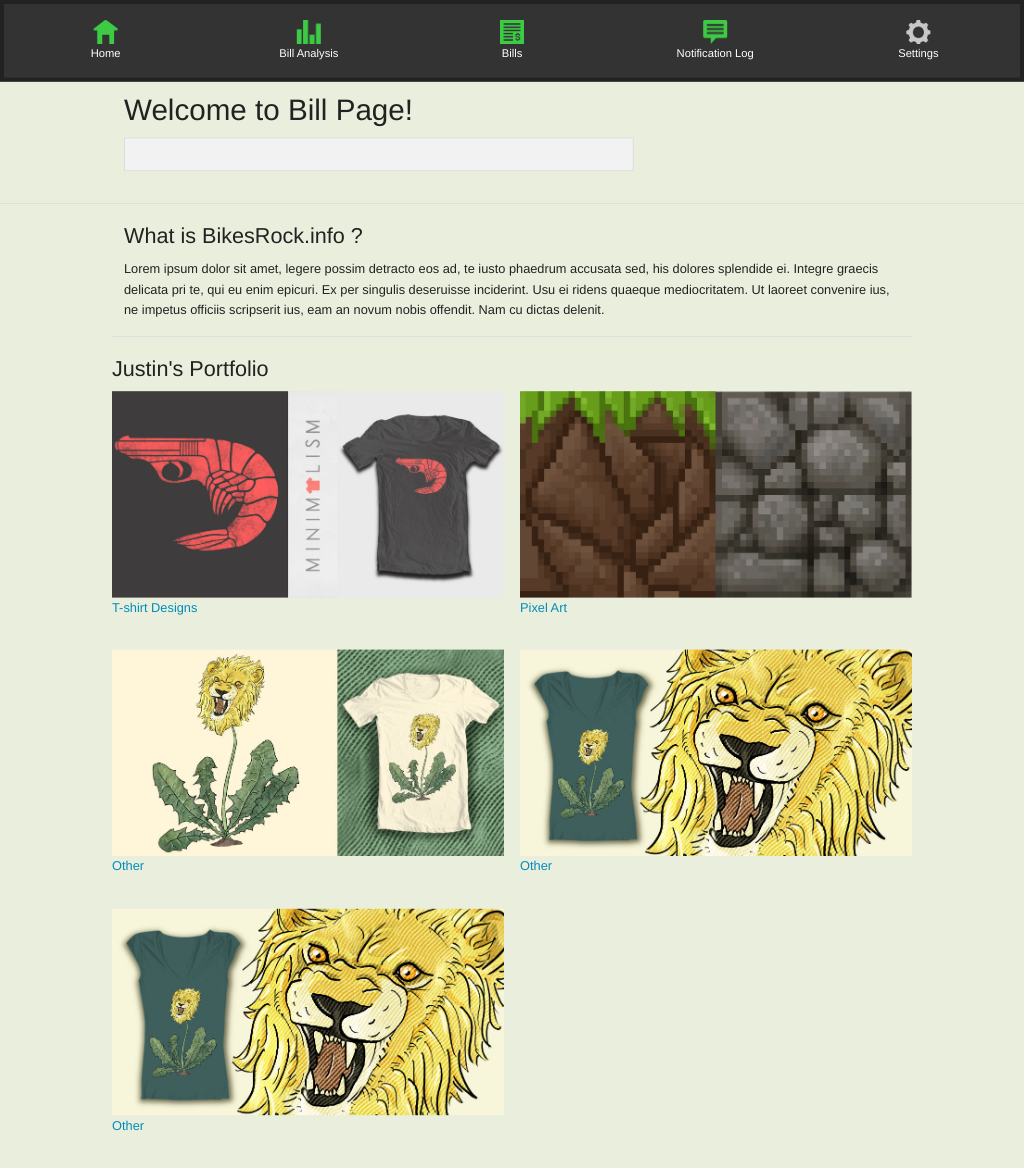
Repository: jcskillings/paidit
Page: billaccounts.html
The author's editor kept a record of every edit. The page is drawn from the files as they stood at one moment, then again after the next edit.
The browser window is 1280 px wide. The pictures show the whole page, at 80% of full size.

Above is the page before.

### billaccounts.html
<!doctype html>
<html class="no-js" lang="en">
  <head>
    <meta charset="utf-8" />
    <meta name="viewport" content="width=device-width, initial-scale=1.0" />
    <title>Kyle Schenk | Bill Analysis</title>
    <link rel="stylesheet" href="css/test.css" />
    <link rel="stylesheet" href="css/foundation.css" />

    <script src="js/vendor/modernizr.js"></script>
  </head>
  <body>


      <div class="icon-bar five-up">
        <a class="item" href="index.html">
          <img src="img/icon/homeIconG.png" height="20" width="20"  >
          <label>Home</label>
        </a>
        <a class="item" href="analysis.html">
          <img src="img/icon/chartsIconG.png" height="20" width="20">
          <label>Bill Analysis</label>
        </a>
        <a class="item" href="billaccounts.html">
          <img src="img/icon/billIconG.png" height="20" width="20">
          <label>Bills</label>
        </a>
        <a class="item" href="notificationslog.html">
          <img src="img/icon/smsIconG.png" height="20" width="20">
          <label>Notification Log</label>
        </a>
        <a class="item" href="usersettings.html">
          <img src="img/icon/gearIconLite.png" height="20" width="20">
          <label>Settings</label>
        </a>
      </div>
      <!-- old bar <section class="top-bar-section">

        <ul class="right">

          <li><a href="#">
            <img src ="img/icon/homeIconD.png">
            </a></li>
          <li><a href="#">Contact</a></li>
          <li><a href="#">Top Bikes</a></li>

        </ul>

      </section> -->


    <div class="row">

      <div class="large-8 columns">
          <h2>Welcome to Bill Page!</h2>
          <div class="panel">

          </div> <!-- panel -->

      </div>

        <div class="large-4 columns">
        </div>


    </div>

    <hr />

    <div class="row">

      <div class="large-12 columns">
      <h3>What is BikesRock.info ?</h3>
      <p>Lorem ipsum dolor sit amet, legere possim detracto eos ad, te iusto phaedrum accusata sed, his dolores splendide ei. Integre graecis delicata pri te, qui eu enim epicuri. Ex per singulis deseruisse inciderint. Usu ei ridens quaeque mediocritatem. Ut laoreet convenire ius, ne impetus officiis scripserit ius, eam an novum nobis offendit. Nam cu dictas delenit.</p>


    </div>

    <hr />

    <div class="row">

      <div class="large-12 columns">

      <h3>Justin's Portfolio</h3>
        <ul class="large-block-grid-2">

          <li><a href="tshirts.html"><img src="img/shrimpShirt.jpg"  /><p>T-shirt Designs</p></a></li>
          <li><a href="pixelart.html"><img src="img/dirtRock445.jpg" /><p>Pixel Art</p></a></li>
          <li><a href="#"><img src="img/lionShirt.jpg" /><p>Other</p></a> </li>
          <li><a href="#"><img src="img/lionShirt2.jpg" /><p>Other</p></a> </li>
        <li><a href="#"><img src="img/lionShirt2.jpg" /><p>Other</p></a> </li>
        </ul>


      </div>

    </div>

    <script src="js/vendor/jquery.js"></script>
    <script src="js/foundation.min.js"></script>
    <script>
      $(document).foundation();
    </script>
  </body>
</html>

### css/test.css
.top-bar-section ul li > a:hover {
  color: #3dca45 !important;
  border-style: solid;
    border-width: 5px;
    border-color:#3dca45;

  }
body {
  background: #e9eedd  !important;
}


.icon-bar >a:hover {
background: green !important;
   border-style: solid;
    border-width: 5px;
    border-color:green;
}

.top-bar-section li a:not(.button):hover {
    background: green !important;
    border-style: solid;
    border-width: 5px;
    border-color:green;
}

.top-bar-section ul li.active > a {
    background: gray !important;
    border-style: solid;
    border-width: 5px;
    border-color:gray;

}

.top-bar-section ul li.active > a:hover {
    background: yellow !important;
}
.icon-bar {
    margin-bottom: 0px !important;
}
.column.small-centered {
margin-left: auto;
margin-right: auto;
float: none !important; }

.fullWidth {
   width: 100% !important;
   margin-left: auto;
   margin-right: auto;
   max-width: 100% !important;
   margin-top: 0px;
}
#thinBar {
    background: #222222 !important;
    height: 20px !important;
    padding: 0px !important;
    border: none;
}
#logoutLink {
    padding-right: 10px !important;
}

Loaded but not shown: css/foundation.css (library); js/vendor/modernizr.js (library); js/vendor/jquery.js (library); js/foundation.min.js (library)

After the next edit:
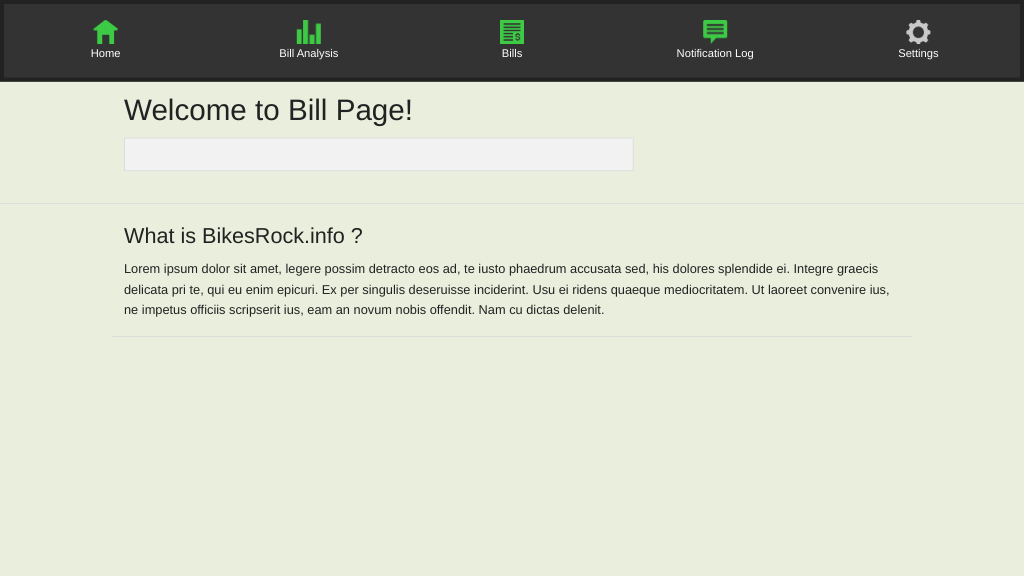
The edit:
--- a/billaccounts.html
+++ b/billaccounts.html
@@ -82,16 +82,6 @@
 
       <div class="large-12 columns">
 
-      <h3>Justin's Portfolio</h3>
-        <ul class="large-block-grid-2">
-
-          <li><a href="tshirts.html"><img src="img/shrimpShirt.jpg"  /><p>T-shirt Designs</p></a></li>
-          <li><a href="pixelart.html"><img src="img/dirtRock445.jpg" /><p>Pixel Art</p></a></li>
-          <li><a href="#"><img src="img/lionShirt.jpg" /><p>Other</p></a> </li>
-          <li><a href="#"><img src="img/lionShirt2.jpg" /><p>Other</p></a> </li>
-        <li><a href="#"><img src="img/lionShirt2.jpg" /><p>Other</p></a> </li>
-        </ul>
-
 
       </div>
 
